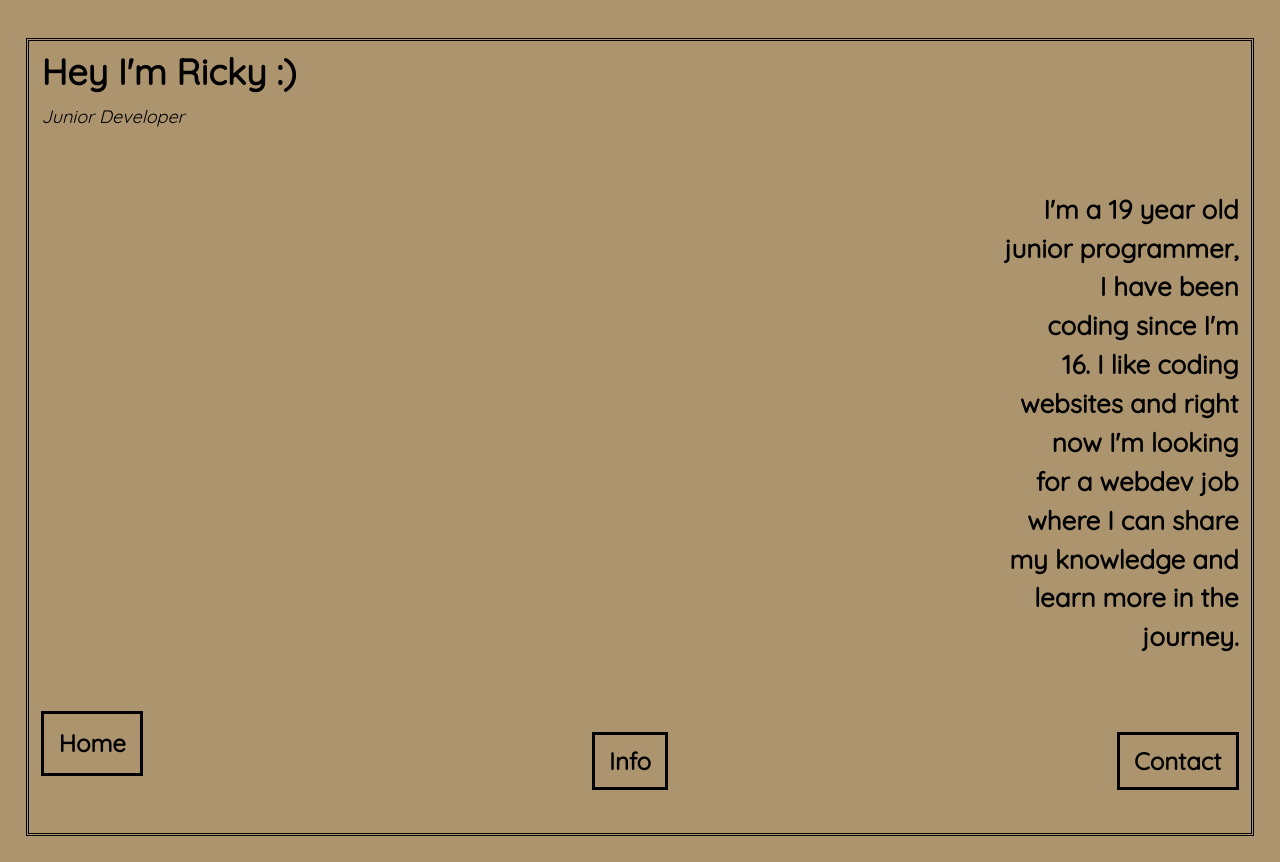
Repository: rickypcyt/ricky-react-portfolio
Page: /
These files come from the project's save history. The page is drawn as it stood at one moment and after a run of saves; the edit follows.
The browser window is 1280 px wide. The pictures show the whole page.
The project was rebuilt for these pictures with package versions that can differ from the ones it lists, and the page was loaded fresh each time. Also part of the build but not shown: src/pages/Info.js, src/pages/Projects.js, src/pages/Contact.js, src/pages/WebMural.js, src/pages/NotesJS.js.

Above is the page before, as saved 2022-09-12 15:11:06.

### src/index.js
import React from "react";
import ReactDOM from "react-dom/client";
import "./index.css";
import App from "./App";
import reportWebVitals from "./reportWebVitals";
import { BrowserRouter, Routes, Route, Switch } from "react-router-dom";

const root = ReactDOM.createRoot(document.getElementById("root"));
root.render(
  <React.StrictMode>
    <BrowserRouter>
      <App />
    </BrowserRouter>
  </React.StrictMode>
);

// If you want to start measuring performance in your app, pass a function
// to log results (for example: reportWebVitals(console.log))
// or send to an analytics endpoint. Learn more: https://bit.ly/CRA-vitals
reportWebVitals();

### src/index.css
@import url("https://fonts.googleapis.com/css2?family=Quicksand");

input[type="file"] {
  display: none;
}
.container {
  top: 0%;
  left: 0%;
}
::marker {
  display: none;
}
.image-container {
  width: 100%;
  margin: auto;
  display: flex;
  flex-direction: row;
  justify-content: space-evenly;
  gap: 15px;
  padding: 10px;
}
body {
  line-height: 1;
  font-family: "Quicksand";
  font-size: large;
  margin: 2%;
  padding: 1%;
  border-style: double;
  margin-top: 3%;
  background: #ac946e;
}
ol {
  list-style: none;
  display: flex;
  padding: 0;
  justify-content: space-between;
  align-items: flex-start;
  display: flex;
  flex-wrap: wrap;
  align-content: center;
}
.content {
  position: absolute;
  right: calc(var(--pad) * 2);
  bottom: calc(var(--pad) * 2);
  white-space: nowrap;
}
.parrafo {
  line-height: 1.5;
  text-align: end;
  font-size: larger;
}
.parrafo span {
  display: block;
}
.titulo {
  margin: 0;
}
.oli {
  font-weight: bold;
  border-style: solid;
  font-size: x-large;
  padding: 1ch;
}
.descripcion {
  font-weight: lighter;
  font-style: oblique;
}
.oli:hover {
  color: black;
  border-style: dotted;
}
.page {
  padding-top: 2%;
  padding-bottom: 3%;
}
.pageContact {
  padding-top: 8%;
  padding-bottom: 9%;
}
.cabeceranavi {
  padding-bottom: 1%;
}
p {
  font-weight: bold;
}
a {
  color: black;
  text-decoration: none;
  padding: 0ch;
}
span {
  font-size: larger;
}
li {
  width: 7%;
  height: 10%;
}
ul {
  list-style-type: none;
  margin: 0%;
  display: flex;
  align-items: center;
  flex-direction: row;
  padding-top: 5%;
  padding-bottom: 5%;
  padding-left: 0%;
  justify-content: space-around;
}
.imagenes {
  display: block;
  height: auto;
  width: auto;
  padding-top: 5%;
  padding-bottom: 5%;
}

.imagenesproyect {
  position: relative;
}
.fixer {
  display: flex;
  flex-direction: row;
  justify-content: space-evenly;
  padding-bottom: 3%;
}
.overlay {
  position: absolute;
  top: 0.83cm;

  background: rgb(0, 0, 0);
  background: rgb(2, 0.3, 0.9, 0.6); /* Black see-through */
  color: #f1f1f1;
  width: 100%;
  transition: 0.5s ease;
  color: white;
  text-align: center;
  font-size: 20px;
  padding-top: 20px;
  padding-bottom: 20px;
  opacity: 0;
}
.imagenesproyect:hover .overlay {
  opacity: 1;
}
.overlay2 {
  position: absolute;
  bottom: 8%;
  background: rgb(0, 0, 0);
  background: rgba(40, 40, 40, 0.6); /* Black see-through */
  color: #f1f1f1;
  width: 100%;
  transition: 0.5s ease;
  color: white;
  text-align: center;
  font-size: 20px;
  padding-top: 20px;
  padding-bottom: 20px;
  opacity: 0;
}
.imagenesproyect:hover .overlay2 {
  opacity: 1;
}

.homeinfo {
  font-size: x-large;
}

@media screen and (max-width: 1340px) {
  .fixer {
    flex-direction: column;
    justify-content: center;
  }
  .imagenes {
    height: auto;
    width: 100%;
  }
  ol {
  }
}

.image-container {
  width: auto;
  margin: auto;
  /* display: flex; */
  flex-wrap: wrap;
  gap: 15px;
  padding: 10px;
}

.image-container img {
  max-width: 100%;
  max-height: 225px;
}

.container .image-container .image {
  border: 4px solid black;
  overflow: hidden;
  /* cursor: pointer; */
}

.container .image-container .image img {
  height: 100%;
  width: 100%;
}
@media (max-width: 700px) {
  .image-container img {
    max-height: -10px;
  }
}

.image:hover {
  transform: scale(1.15); /* (150% zoom - Note: if the zoom is too large, it will go outside of the viewport) */
}

### src/App.js
import Content from "./Content";
import Info from "./pages/Info";
import Projects from "./pages/Projects";
import Contact from "./pages/Contact";
import WebMural from "./pages/WebMural";
import NotesJS from "./pages/NotesJS";
import { Route, Routes, Switch } from "react-router-dom";

function App() {
  return (
    <>
      <Routes>
        <Route path="/" element={<Content />}/>
        <Route path="/Projects" element={<Projects />} />
        <Route path="/Info" element={<Info />} />
        <Route path="/Contact" element={<Contact />} />
        <Route path="/WebMural" element={<WebMural />} />
        <Route path="/NotesJS" element={<NotesJS />} />
      </Routes>
    </>
  );
}
export default App;

### src/Content.js
import { Link, useMatch, useResolvedPath } from "react-router-dom";
export default function Content() {
    console.log(window.location)
  return (
    <main className="BodyOriginal">
      <div id="Page">
        <div className="cabecera">
          <h1 className="titulo">Hey I'm Ricky :)</h1>
          <p className="descripcion">Junior Developer</p>
        </div>
        <div className="separador">
          <section className="page" style={{ display: "block", opacity: 1 }}>
            <div className="home">
              <p className="parrafo ">
                <span>I'm a 19 year old </span>
                <span>junior programmer,</span>
                <span>I have been</span>
                <span> coding since I'm</span>
                <span>16. I like coding</span>
                <span>websites and right</span>
                <span>now I'm looking</span>
                <span>for a webdev job</span>
                <span>where I can share</span>
                <span>my knowledge and</span>
                <span>learn more in the</span>
                <span>journey.</span>
              </p>
            </div>
          </section>
          <nav className="cabeceranavi">
            <ol>
              <div>
                <CustomLink to="/" className="oli">
                  Home
                </CustomLink>
              </div>
              <div className="oli">
                <CustomLink to="info">Info</CustomLink>
              </div>
              <div className="oli">
                <CustomLink to="contact">Contact</CustomLink>
              </div>
            </ol>
          </nav>
        </div>
      </div>
    </main>
  );
}

function CustomLink({ to, children, ...props }) {
  const resolvedPath = useResolvedPath(to);
  const isActive = useMatch({ path: resolvedPath.pathname, end: true });
  return (
    <li className={isActive ? "active" : ""}>
      <Link to={to} {...props}>
        {children}
      </Link>
    </li>
  );
}

Loaded but not shown: public/index.html (common file); src/reportWebVitals.js (common file)

After the next 2 saves:
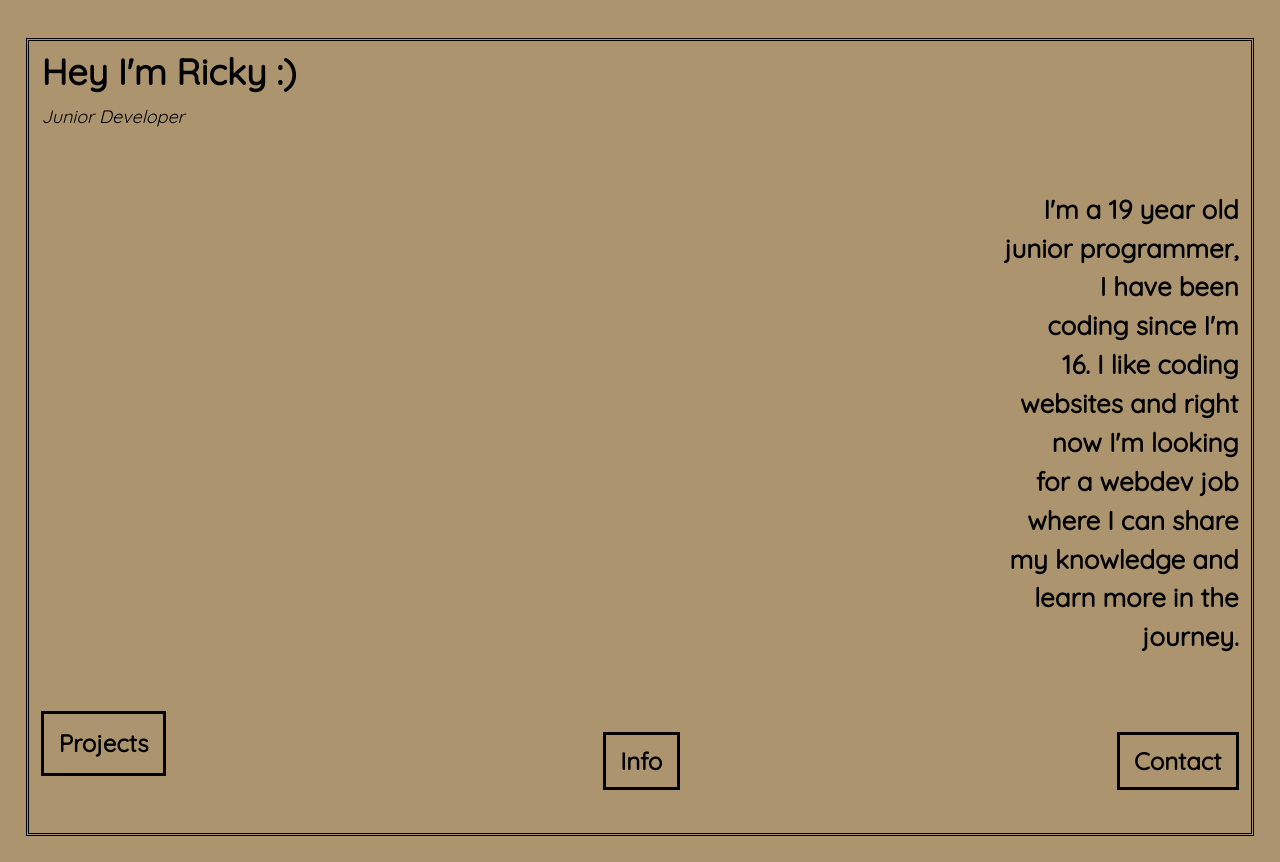
The 2 saves are shown as one change because they came seconds apart.
The last was saved 8 s later.
--- a/src/Content.js
+++ b/src/Content.js
@@ -30,8 +30,8 @@ export default function Content() {
           <nav className="cabeceranavi">
             <ol>
               <div>
-                <CustomLink to="/" className="oli">
-                  Home
+                <CustomLink to="projects" className="oli">
+                  Projects
                 </CustomLink>
               </div>
               <div className="oli">
